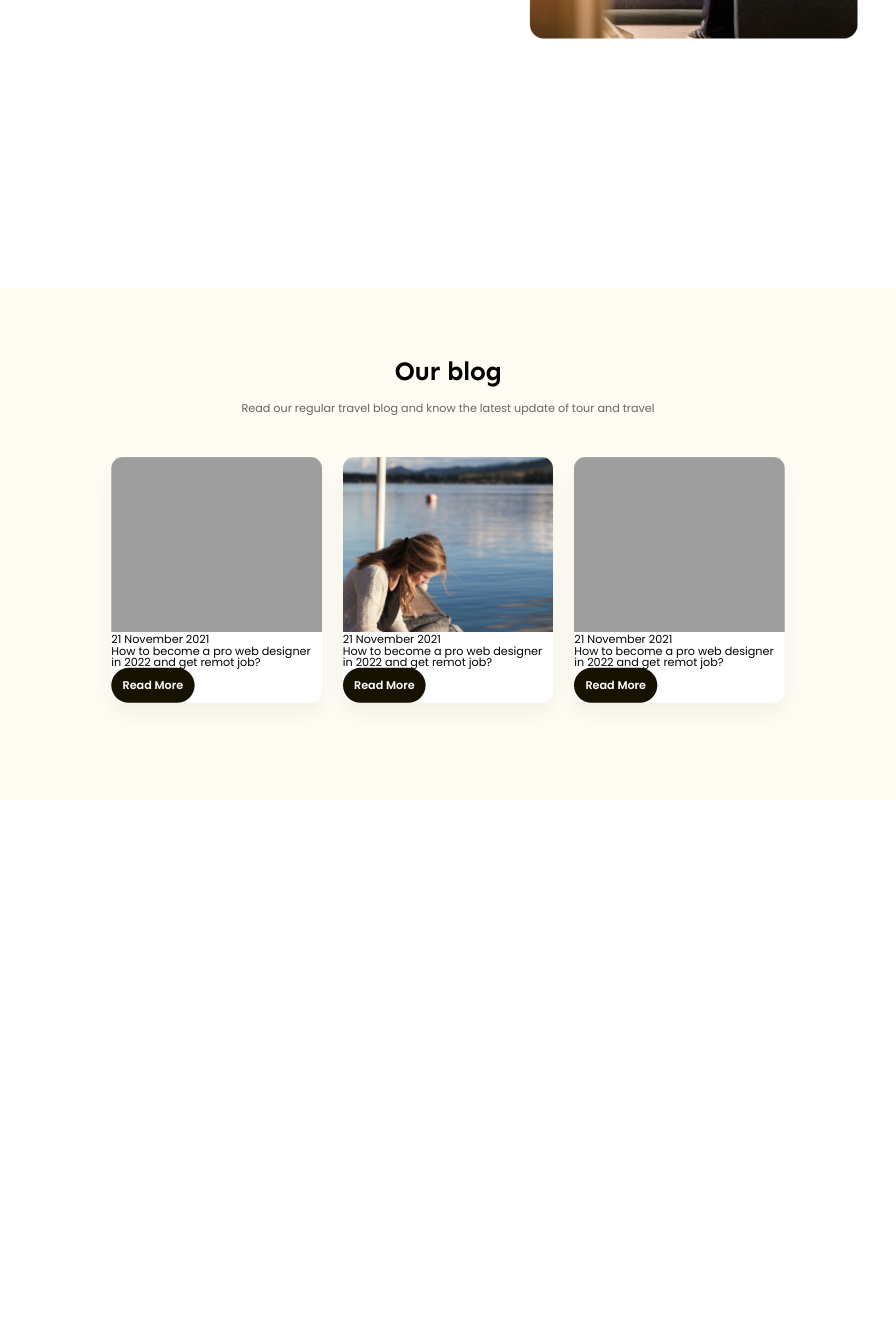
Repository: Toihoclaptrinh/duan1_figma
Page: index.html
An editor plug-in stored every save of this project. The page is shown before and after the next save, followed by the edit.
The browser window is 1280 px wide. The pictures show the part of the page from y = 3570 to 5490 px (the page is 10000 px tall), at 70% of full size.
Pictures or frames that could not be fetched are drawn as grey boxes.

Above is the page before, as saved 2024-02-17 03:05:03.

After the next save:
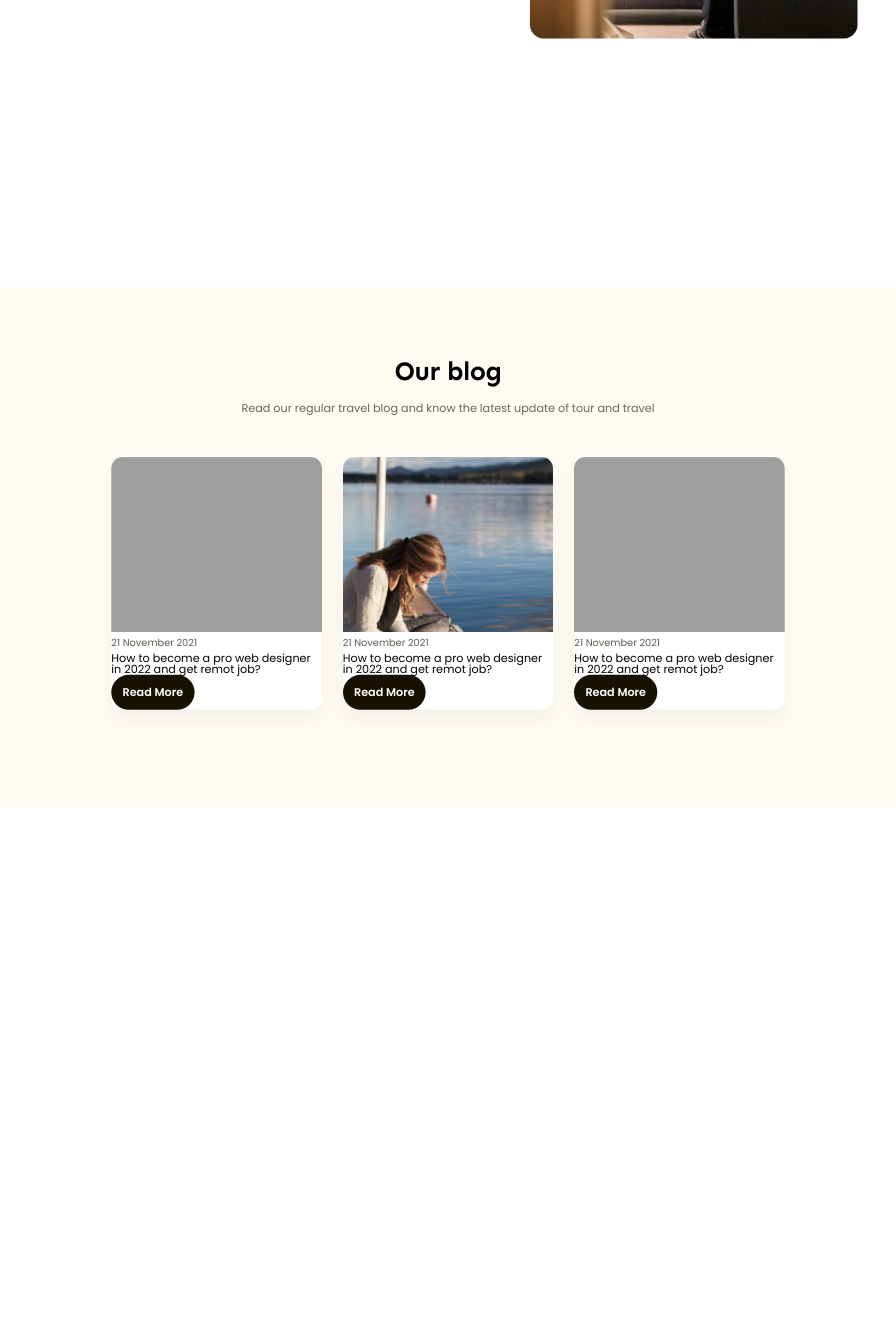
Saved 12 s later.
--- a/assets/css/style.css
+++ b/assets/css/style.css
@@ -631,7 +631,7 @@ a {
   object-fit: cover;
 }
 
-.blog-item .blog-content .desc {
+.blog-item .blog-content .date {
   color: #5f5b53;
   font-size: 1.4rem;
   font-weight: 400;
